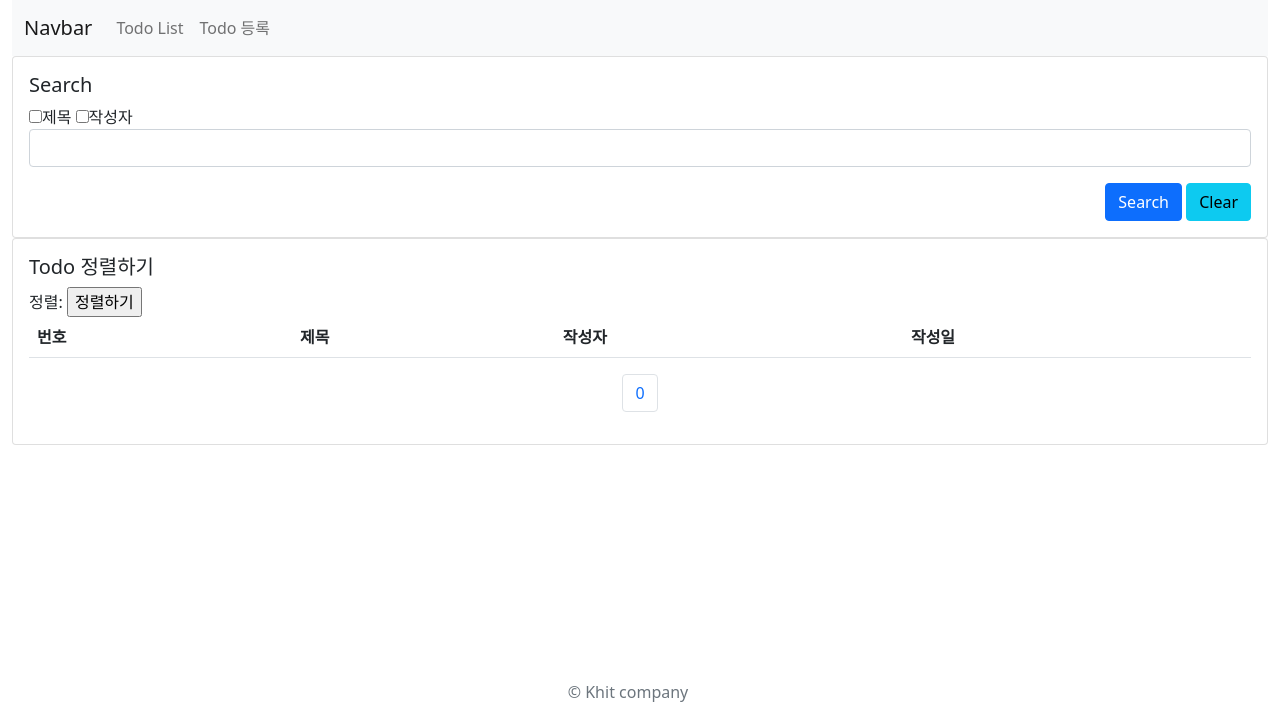
Repository: KyoungHwanJeong/springworks
Page: http://localhost/todoweb/WEB-INF/views/todo/list_sort.jsp
An editor plug-in stored every save of this project. The page is shown before and after the next save, followed by the edit.
The browser window is 1280 px wide. The pictures show the whole page.
The page is served by Tomcat 9. Nobody is signed in. Other server files are loaded and not shown. The template is opened directly, without the code that normally fills it, so the values that code supplies are empty.

Above is the page before, as saved 2024-01-10 02:52:58.

### todoweb/src/main/webapp/WEB-INF/views/todo/list_sort.jsp
<%@ page language="java" contentType="text/html; charset=UTF-8"
    pageEncoding="UTF-8"%>
<%@ taglib uri="http://java.sun.com/jsp/jstl/core" prefix="c" %>
<%@ taglib uri="http://java.sun.com/jsp/jstl/fmt" prefix="fmt" %>

<!DOCTYPE html>
<html>
<head>
<meta charset="UTF-8">
<title>Todo 정렬하기</title>
</head>
<body>
	<div class="container-fluid">
		<jsp:include page="../layout/header.jsp" />
		<!-- 검색 영역 -->
		<div class="row content">
			<div class="col">
				<div class="card">
					<div class="card-body">
						<h5 class="card-title">Search</h5>
						<form action="/todo/paging" method="get">
							<div class="mb-3">
								<input type="checkbox" name="types" value="t">제목
								<input type="checkbox" name="types" value="w">작성자
								<input type="text" name="keyword" class="form-control">
							</div>
							<div class="mb-3">
								<div class="float-end">
									<button type="submit" class="btn btn-primary">Search</button>
									<button type="reset" class="btn btn-info">Clear</button>
								</div>
							</div>
						</form>
					</div>
				</div>
			</div>
		</div>

		<!-- 본문 영역 -->
		<div class="row content">
			<div class="col">
				<div class="card">
					<div class="card-body">
						<h5 class="card-title">Todo 정렬하기</h5>
							<form action="/todo/list_sort" method="get" class="list_sort">
								<div>
								<label>정렬: </label>




								<!-- <select type="name" name="sort" class="sort">
									<option type="name" value="recent">최신순</option>
									<option type="name" value="popular">제목순</option>
								</select> -->
								<input type="submit" value="정렬하기">
								</div>
							</form>
						<table class="table">
							<thead>
								<tr>
									<th>번호</th><th>제목</th><th>작성자</th><th>작성일</th>
								</tr>
							</thead>
							<tbody>
								<c:forEach items="${responseDTO.dtoList}" var="todo">
								<tr>
									<td>${todo.tno}</td>
									<td><a href="/todo?tno=${todo.tno}&page=${responseDTO.page}">${todo.title}</a></td>
									<td>${todo.writer}</td>
									<td><fmt:formatDate value="${todo.createdDate}" pattern="yyyy년  MM월 dd일 HH:mm:ss" /></td>
								</tr>
								</c:forEach>
							</tbody>

						</table>

						<!-- 페이징 처리 -->
						<div class ="d-flex justify-content-center">
							<ul class="pagination flex-wrap">
								<!-- 이전 페이지 -->
								<c:if test="${responseDTO.prev}">
									<li class="page-item">
										<a class="page-link" href="/todo/paging?page=${responseDTO.startPage-1}">Previous</a>
									</li>
								</c:if>

								<!-- 페이지 번호 -->
								<c:forEach var="num" begin="${responseDTO.startPage}" end="${responseDTO.endPage}">
									<li class="page-item ${responseDTO.page eq num ? 'active' : '' }" >
										<a href="/todo/paging?page=${num}" class="page-link">${num}</a>
									</li>
								</c:forEach>

								<!-- 다음 페이지 -->
								<c:if test="${responseDTO.next}">
									<li class="page-item">
										<a class="page-link" href="/todo/paging?page=${responseDTO.endPage+1}">Next</a>
									</li>
								</c:if>
							</ul>
						</div><!-- 페이징 처리 -->
					</div>
				</div>
			</div>
		</div>	<!-- 본문 영역 닫기 -->
		<jsp:include page="../layout/footer.jsp"></jsp:include>
	</div>
</body>
</html>

### todoweb/src/main/webapp/WEB-INF/views/layout/header.jsp
<%@ page language="java" contentType="text/html; charset=UTF-8"
    pageEncoding="UTF-8"%>
<%@ taglib uri="http://java.sun.com/jsp/jstl/core" prefix="c" %>
<link href="https://cdn.jsdelivr.net/npm/bootstrap@5.1.3/dist/css/bootstrap.min.css" rel="stylesheet" integrity="sha384-1BmE4kWBq78iYhFldvKuhfTAU6auU8tT94WrHftjDbrCEXSU1oBoqyl2QvZ6jIW3" crossorigin="anonymous">
<script src="https://cdn.jsdelivr.net/npm/bootstrap@5.1.3/dist/js/bootstrap.bundle.min.js" integrity="sha384-ka7Sk0Gln4gmtz2MlQnikT1wXgYsOg+OMhuP+IlRH9sENBO0LRn5q+8nbTov4+1p" crossorigin="anonymous"></script>
<header>
<nav class="navbar navbar-expand-lg navbar-light bg-light">
  <div class="container-fluid">
    <a class="navbar-brand" href="/">Navbar</a>
    <button class="navbar-toggler" type="button" data-bs-toggle="collapse" data-bs-target="#navbarSupportedContent" aria-controls="navbarSupportedContent" aria-expanded="false" aria-label="Toggle navigation">
      <span class="navbar-toggler-icon"></span>
    </button>
    <div class="collapse navbar-collapse" id="navbarSupportedContent">
      <ul class="navbar-nav me-auto mb-2 mb-lg-0">
        <li class="nav-item">
          <a class="nav-link" href="/todo/paging">Todo List</a>
        </li>
        <li class="nav-item">
          <a class="nav-link" href="/todo/register">Todo 등록</a>
        </li>
      </ul>
    </div>
  </div>
</nav>

</header>

### todoweb/src/main/webapp/WEB-INF/views/layout/footer.jsp
<%@ page language="java" contentType="text/html; charset=UTF-8"
    pageEncoding="UTF-8"%>
<div class="row footer">
	<div class="row fixed-bottom">
		<footer>
			<p class="text-center text-muted">&copy; Khit company</p>
		</footer>
	</div>
</div>

After the next save:
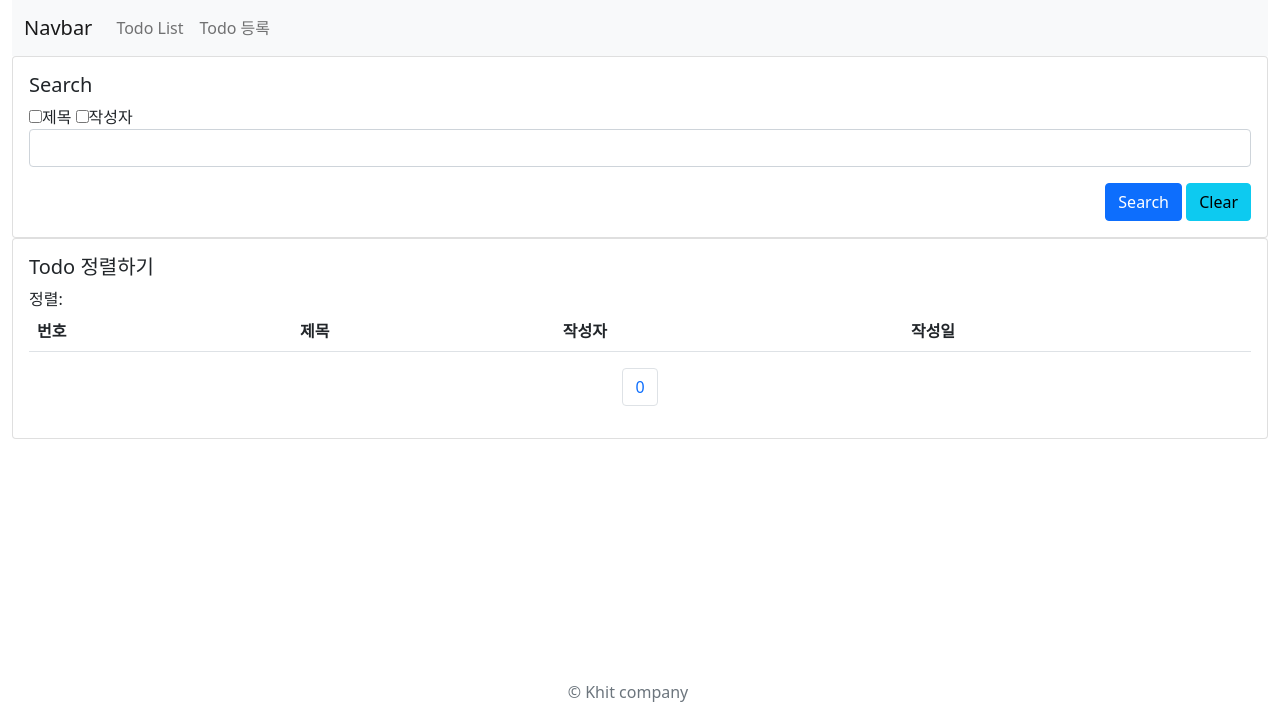
Saved 18 min 48 s later.
--- a/todoweb/src/main/webapp/WEB-INF/views/todo/list_sort.jsp
+++ b/todoweb/src/main/webapp/WEB-INF/views/todo/list_sort.jsp
@@ -52,9 +52,9 @@
 								<!-- <select type="name" name="sort" class="sort">
 									<option type="name" value="recent">최신순</option>
 									<option type="name" value="popular">제목순</option>
-								</select> -->
+								</select>
 								<input type="submit" value="정렬하기">
-								</div>
+								</div> -->
 							</form>
 						<table class="table">
 							<thead>
